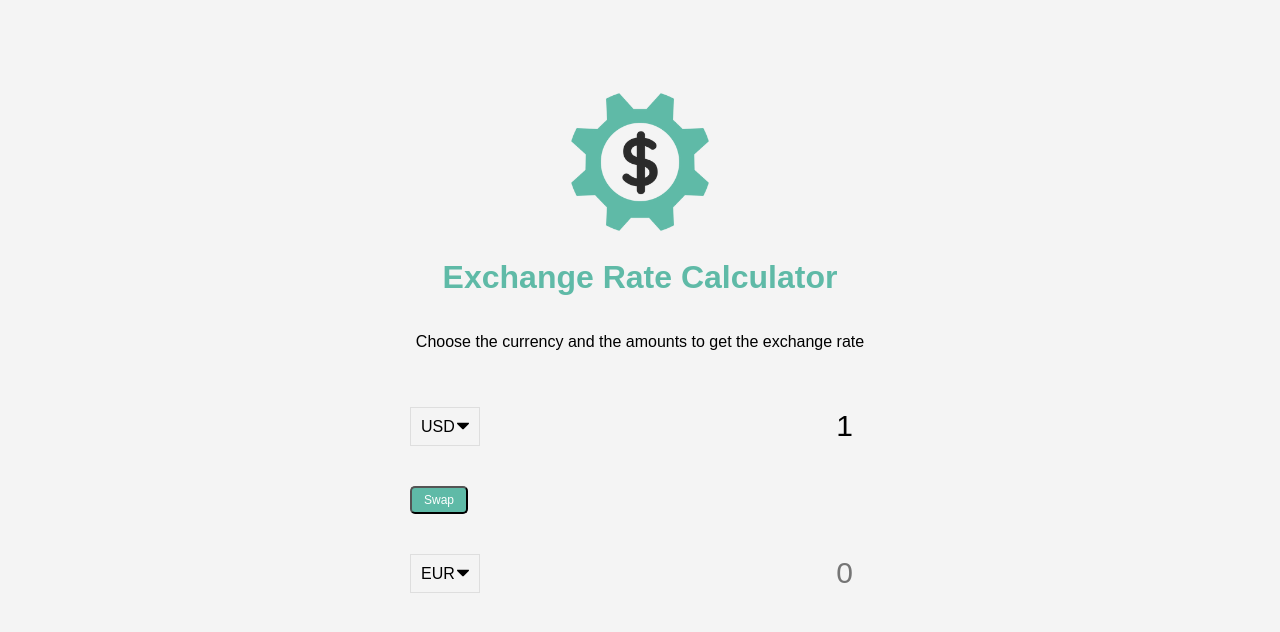
Repository: kenneth1175/ExchangeRateCalculator
Page: exchange-rate/indexmaster.html
The author's editor kept a copy of each file at every save. The page is drawn from the files as they stood at one save, then again after the next save.
The browser window is 1280 px wide. The pictures show the whole page.
The page's requests for data from a server got no answer.

Above is the page before, as saved 2025-10-04 23:22:08.

### exchange-rate/indexmaster.html
<!DOCTYPE html>
<html lang="en">
  <head>
    <meta charset="UTF-8" />
    <meta name="viewport" content="width=device-width, initial-scale=1.0" />
    <meta http-equiv="X-UA-Compatible" content="ie=edge" />
    <title>Exchange Rate Calculator</title>
    <link rel="stylesheet" href="style.css" />
  </head>
  <body>
    <img src="img/money.png" alt="" class="money-img" />
    <h1>Exchange Rate Calculator</h1>
    <p>Choose the currency and the amounts to get the exchange rate</p>

    <div class="container">
      <div class="currency">
        <select id="currency-one">
          <option value="AED">AED</option>
          <option value="ARS">ARS</option>
          <option value="AUD">AUD</option>
          <option value="BGN">BGN</option>
          <option value="BRL">BRL</option>
          <option value="BSD">BSD</option>
          <option value="CAD">CAD</option>
          <option value="CHF">CHF</option>
          <option value="CLP">CLP</option>
          <option value="CNY">CNY</option>
          <option value="COP">COP</option>
          <option value="CZK">CZK</option>
          <option value="DKK">DKK</option>
          <option value="DOP">DOP</option>
          <option value="EGP">EGP</option>
          <option value="EUR">EUR</option>
          <option value="FJD">FJD</option>
          <option value="GBP">GBP</option>
          <option value="GTQ">GTQ</option>
          <option value="HKD">HKD</option>
          <option value="HRK">HRK</option>
          <option value="HUF">HUF</option>
          <option value="IDR">IDR</option>
          <option value="ILS">ILS</option>
          <option value="INR">INR</option>
          <option value="ISK">ISK</option>
          <option value="JPY">JPY</option>
          <option value="KRW">KRW</option>
          <option value="KZT">KZT</option>
          <option value="MXN">MXN</option>
          <option value="MYR">MYR</option>
          <option value="NOK">NOK</option>
          <option value="NZD">NZD</option>
          <option value="PAB">PAB</option>
          <option value="PEN">PEN</option>
          <option value="PHP">PHP</option>
          <option value="PKR">PKR</option>
          <option value="PLN">PLN</option>
          <option value="PYG">PYG</option>
          <option value="RON">RON</option>
          <option value="RUB">RUB</option>
          <option value="SAR">SAR</option>
          <option value="SEK">SEK</option>
          <option value="SGD">SGD</option>
          <option value="THB">THB</option>
          <option value="TRY">TRY</option>
          <option value="TWD">TWD</option>
          <option value="UAH">UAH</option>
          <option value="USD" selected>USD</option>
          <option value="UYU">UYU</option>
          <option value="VND">VND</option>
          <option value="ZAR">ZAR</option>
        </select>
        <input type="number" id="amount-one" placeholder="0" value="1" />
      </div>

      <div class="swap-rate-container">
        <button class="btn" id="swap">
          Swap
        </button>
        <div class="rate" id="rate"></div>
      </div>

      <div class="currency">
        <select id="currency-two">
          <option value="AED">AED</option>
          <option value="ARS">ARS</option>
          <option value="AUD">AUD</option>
          <option value="BGN">BGN</option>
          <option value="BRL">BRL</option>
          <option value="BSD">BSD</option>
          <option value="CAD">CAD</option>
          <option value="CHF">CHF</option>
          <option value="CLP">CLP</option>
          <option value="CNY">CNY</option>
          <option value="COP">COP</option>
          <option value="CZK">CZK</option>
          <option value="DKK">DKK</option>
          <option value="DOP">DOP</option>
          <option value="EGP">EGP</option>
          <option value="EUR" selected>EUR</option>
          <option value="FJD">FJD</option>
          <option value="GBP">GBP</option>
          <option value="GTQ">GTQ</option>
          <option value="HKD">HKD</option>
          <option value="HRK">HRK</option>
          <option value="HUF">HUF</option>
          <option value="IDR">IDR</option>
          <option value="ILS">ILS</option>
          <option value="INR">INR</option>
          <option value="ISK">ISK</option>
          <option value="JPY">JPY</option>
          <option value="KRW">KRW</option>
          <option value="KZT">KZT</option>
          <option value="MXN">MXN</option>
          <option value="MYR">MYR</option>
          <option value="NOK">NOK</option>
          <option value="NZD">NZD</option>
          <option value="PAB">PAB</option>
          <option value="PEN">PEN</option>
          <option value="PHP">PHP</option>
          <option value="PKR">PKR</option>
          <option value="PLN">PLN</option>
          <option value="PYG">PYG</option>
          <option value="RON">RON</option>
          <option value="RUB">RUB</option>
          <option value="SAR">SAR</option>
          <option value="SEK">SEK</option>
          <option value="SGD">SGD</option>
          <option value="THB">THB</option>
          <option value="TRY">TRY</option>
          <option value="TWD">TWD</option>
          <option value="UAH">UAH</option>
          <option value="USD">USD</option>
          <option value="UYU">UYU</option>
          <option value="VND">VND</option>
          <option value="ZAR">ZAR</option>
        </select>
        <input type="number" id="amount-two" placeholder="0" />
      </div>
    </div>

    <script src="script.js"></script>
  </body>
</html>

### style.css
/* Universal Code For The Color */
:root {
  --primary-color: #5fbaa7;
}

/* *********************************************** */
* {
  box-sizing: border-box;
}

body {
  background-color: #f4f4f4;
  font-family: Arial, Helvetica, sans-serif;
  display: flex;
  flex-direction: column;
  align-items: center;
  justify-content: center;
  height: 100vh;
  margin: 0;
  padding: 20px;
}

h1 {
  color: var(--primary-color);
}

p {
  text-align: center;
}

.btn {
  color: #fff;
  background: var(--primary-color);
  cursor: pointer;
  border-radius: 5px;
  font-size: 12px;
  padding: 5px 12px;
}

.money-img {
  width: 150px;
}

.currency {
  padding: 40px 0;
  display: flex;
  align-items: center;
  justify-content: space-between;
}

.currency select {
  padding: 10px 20px 10px 10px;
  -moz-appearance: none;
  -webkit-appearance: none;
  appearance: none;
  border: 1px solid #dedede;
  font-size: 16px;
  background: transparent;
  background-image: url("data:[embedded picture, 475 characters]");
  background-position: right 10px top 50%, 0, 0;
  background-size: 12px auto, 100%;
  background-repeat: no-repeat;
}

.currency input {
  border: 0;
  background: transparent;
  font-size: 30px;
  text-align: right;
}

.swap-rate-container {
  display: flex;
  align-items: center;
  justify-content: space-between;
}

.rate {
  color: var(--primary-color);
  font-size: 14px;
  padding: 0 10px;
}

/* Gets rid of outline on buttons */

select:focus,
input:focus,
button:focus {
  outline: 0;
}

@media (max-width: 600px) {
  .currrency input {
    width: 200px;
  }
}

### script.js
const currencyEl_one = document.getElementById("currency-one");
const amountEl_one = document.getElementById("amount-one");
const currencyEl_two = document.getElementById("currency-two");
const amountEl_two = document.getElementById("amount-two");

const rateEl = document.getElementById("rate");
const swap = document.getElementById("swap");

// Fetch exchange rates and update the DOM
function calculate() {
  const currency_one = currencyEl_one.value;
  const currency_two = currencyEl_two.value;
  // console.log(currency_one, currency_two);

  fetch(
    // `https://v6.exchangerate-api.com/v6/65204067a11028042ce4d3fc/latest/${currency_one}`
    `https://api.exchangerate-api.com/v4/latest/${currency_one}`
  )
    .then((res) => res.json())
    .then((data) => {
      const rate = data.rates[currency_two];

      rateEl.innerText = `1 ${currency_one} = ${rate} ${currency_two}`;

      amountEl_two.value = (amountEl_one.value * rate).toFixed(2);
    });
}

// Event Listeners
currencyEl_one.addEventListener("change", calculate);
amountEl_one.addEventListener("input", calculate);
currencyEl_two.addEventListener("change", calculate);
amountEl_two.addEventListener("input", calculate);

swap.addEventListener("click", () => {
  const temp = currencyEl_one.value;
  currencyEl_one.value = currencyEl_two.value;
  currencyEl_two.value = temp;
  calculate();
});

calculate();

After the next save:
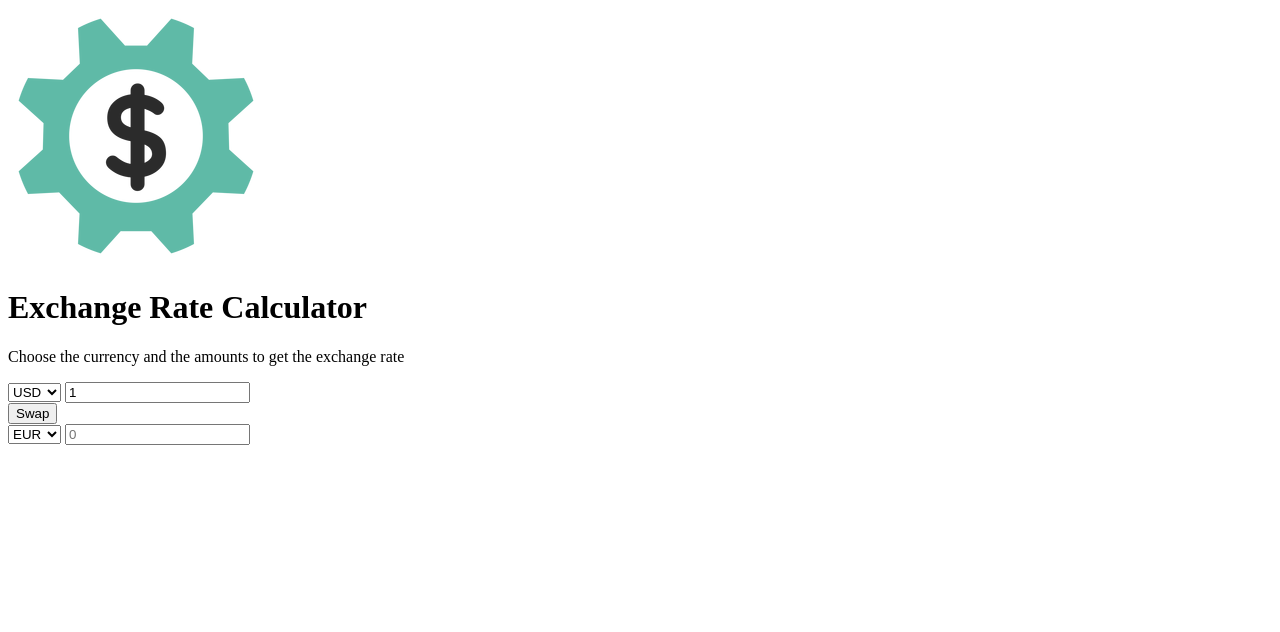
Saved 46 s later.
--- a/style.css
+++ b/style.css
@@ -1,10 +1,10 @@
 /* Universal Code For The Color */
-:root {
+/* :root {
   --primary-color: #5fbaa7;
 }
 
 /* *********************************************** */
-* {
+/* * {
   box-sizing: border-box;
 }
 
@@ -18,9 +18,9 @@ body {
   height: 100vh;
   margin: 0;
   padding: 20px;
-}
+} */
 
-h1 {
+/* h1 {
   color: var(--primary-color);
 }
 
@@ -39,9 +39,9 @@ p {
 
 .money-img {
   width: 150px;
-}
+} */
 
-.currency {
+/* .currency {
   padding: 40px 0;
   display: flex;
   align-items: center;
@@ -79,11 +79,11 @@ p {
   color: var(--primary-color);
   font-size: 14px;
   padding: 0 10px;
-}
+} */
 
 /* Gets rid of outline on buttons */
 
-select:focus,
+/* select:focus,
 input:focus,
 button:focus {
   outline: 0;
@@ -93,4 +93,4 @@ button:focus {
   .currrency input {
     width: 200px;
   }
-}
+} */
